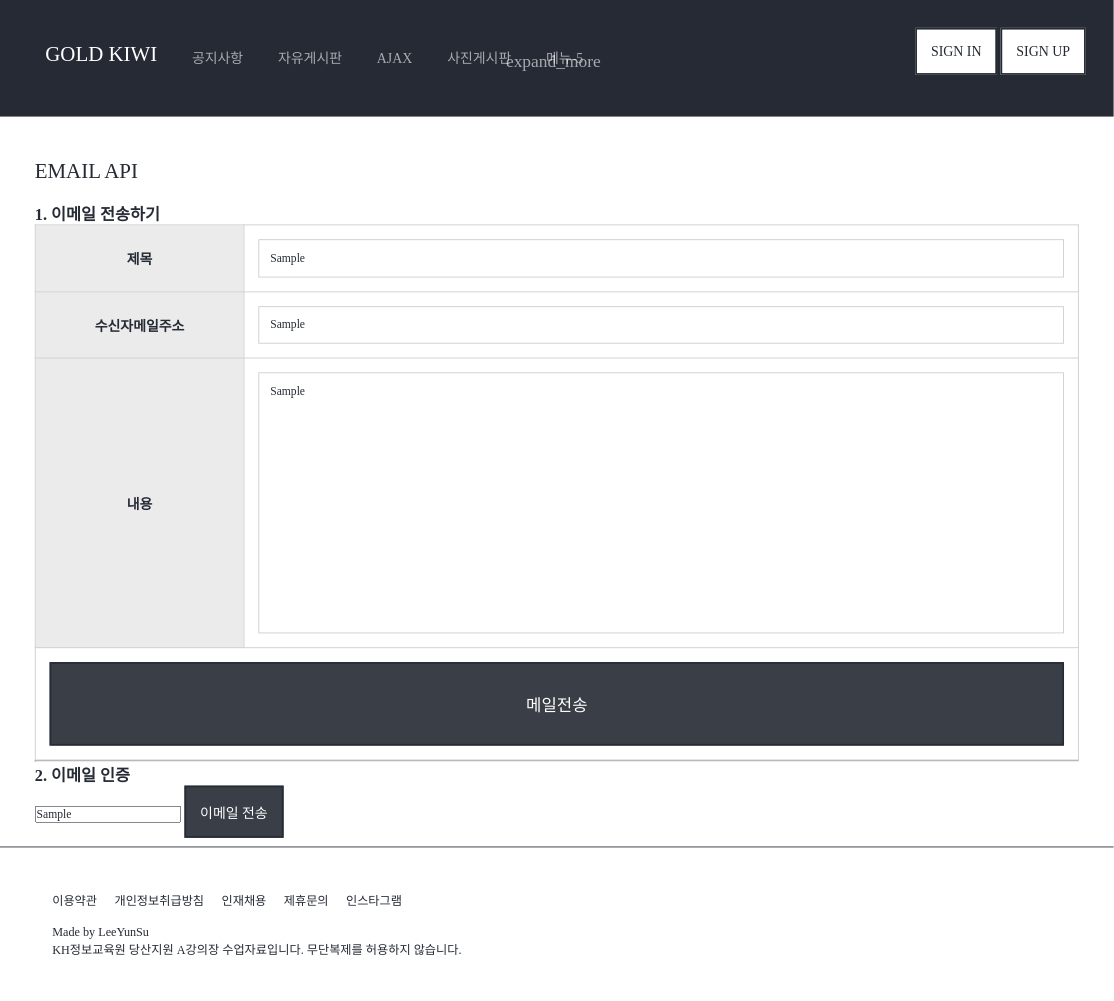
Repository: RiboKim/web-workspace
Page: http://localhost/07_mvc2WebProject/email.do
An editor plug-in stored every save of this project. The page is shown before and after the next save, followed by the edit.
The browser window is 1280 px wide. The pictures show the whole page, at 87% of full size.
Empty fields were first filled with sample values (such as "Sample", 5 or name@example.com).
After loading, the first visible `#sendBtn` was clicked once.
Some web fonts or font styles are not loaded; a fallback is used. The page is served by Tomcat 9.

Above is the page before, as saved 2023-02-22 02:20:26.

After the next save:
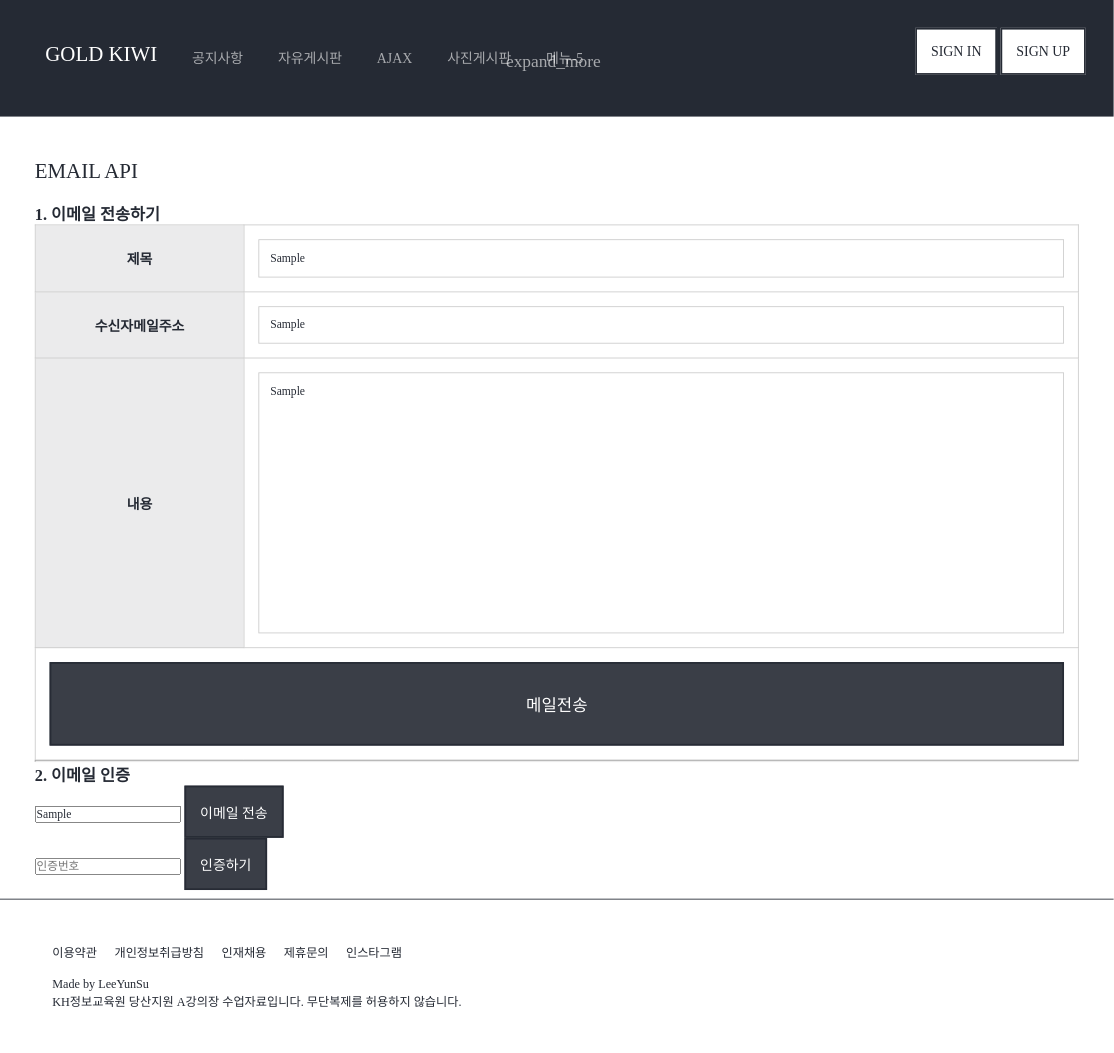
Saved 16 s later.
--- a/07_mvc2WebProject/src/main/webapp/WEB-INF/views/etc/email.jsp
+++ b/07_mvc2WebProject/src/main/webapp/WEB-INF/views/etc/email.jsp
@@ -56,7 +56,7 @@
 	</div>
 	<script>
 		$("#sendBtn").on("click",function(){
-
+			$("#auth").show();
 		});
 	</script>
 	<%@include file="/WEB-INF/views/common/footer.jsp" %>
